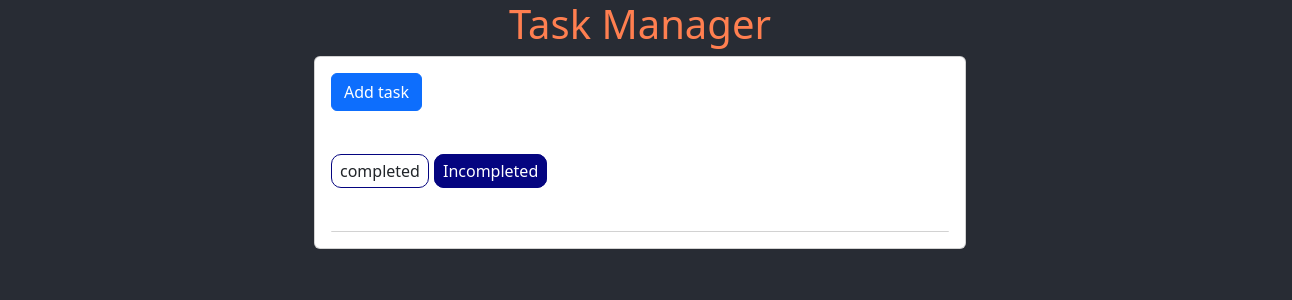
Repository: Jcparks84/task_manager
Page: / (app in frontend/)
These files come from the project's save history. The page is drawn as it stood at one moment and after a run of saves; the edit follows.
The browser window is 1280 px wide. The page is 1292 px wide, so the pictures cover 1292 px, including what lies to the right of the window. The pictures show the whole page.
The page's requests for data from a server got no answer. The project was rebuilt for these pictures with package versions that can differ from the ones it lists, and the page was loaded fresh each time. No one was signed in, and anything a server would have sent is missing. Also part of the build but not shown: frontend/src/components/Modal.js.

Above is the page before, as saved 2022-08-11 17:14:24.

After the next 3 saves:
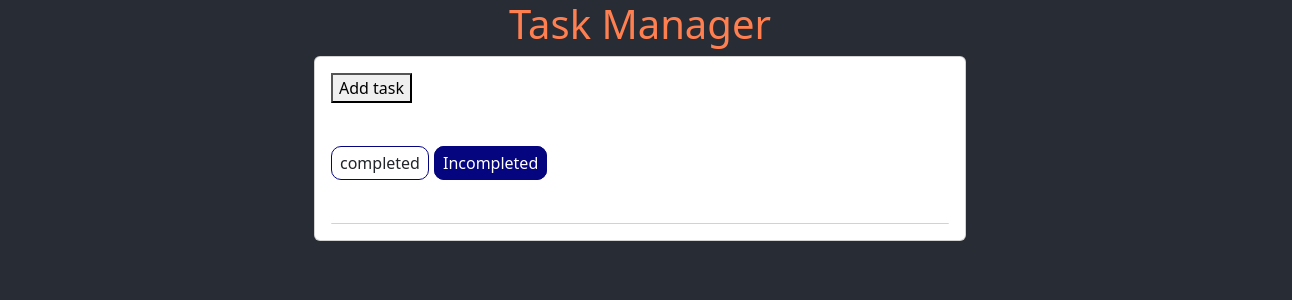
The 3 saves are shown as one change because they came seconds apart.
The last was saved 8 s later.
--- a/frontend/src/App.js
+++ b/frontend/src/App.js
@@ -134,7 +134,7 @@ class App extends Component {
           <div className="col-md-6 col-sm-10 mx-auto p-0">
             <div className="card p-3">
               <div className="">
-                <button onClick={this.createItem} className="btn btn-primary">
+                <button onClick={this.createItem} className="pri">
                   Add task
                     </button>
               </div>
